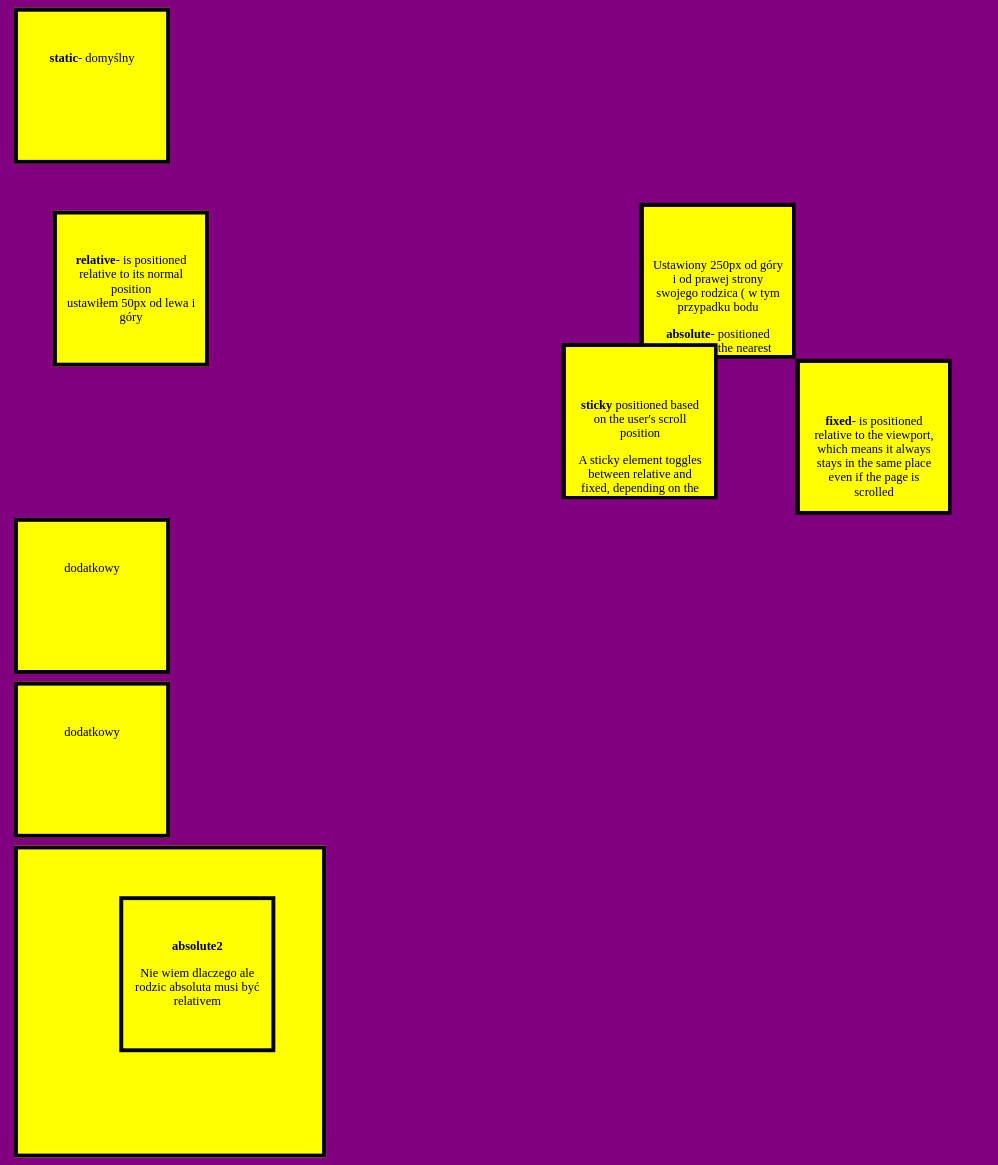
Repository: quenrythane/homepage
Page: CSS positions/CSS-positions.html
An editor plug-in stored every save of this project. The page is shown before and after the next save, followed by the edit.
The browser window is 1280 px wide. The pictures show the whole page, at 78% of full size.

Above is the page before, as saved 2020-10-11 04:19:17.

### CSS positions/CSS-positions.html
<!DOCTYPE html>
<html lang="en">
<head>
    <meta charset="UTF-8">
    <meta name="viewport" content="width=device-width, initial-scale=1.0">
    <title>CSS-positions</title>
    <link href="CSS-positions.css " rel="stylesheet" type="text/css">
</head>
<body >
    <div class="box static"><b>static</b>- domyślny</div>
    <div class="box relative"><b>relative</b>- is positioned relative to its normal position<br>
    ustawiłem 50px od lewa i góry</div>
    <div class="box fixed">
        <p><b>fixed</b>- is positioned relative to the viewport, which means it always stays in the same place even if the page is scrolled</p>
        <p>A fixed element does not leave a gap in the page where it would normally have been located</p>
        <p> Czyli ogólnie strona załaduje go w to miejsce jakby strona normalnie się ładowała i na koniec tak jakby przy klei go w to miejsce na ekranie, przez co nawet jak będziemy przewijać stronę to zostanie w tym samym miejscu ekranu (nie zmieni miejsca ani w wysokości ani w szerokośći)</p>
        <p> Chyba, że nadamy mu miejsce w którym ma się znaleźć, wtedy tak jakby nie jest brany pod uwagę w wstępnym layoucie strony, tylko dodawany na sam koniec (ja go ustawię w miejsce w prawym rogu po 50px od krawędzi)</p>
    </div>
    <div class="box absolute">
        <p>Ustawiony 250px od góry i od prawej strony swojego rodzica ( w tym przypadku bodu</p>
        <p><b>absolute</b>- positioned relative to the nearest positioned ancestor (instead of positioned relative to the viewport, like fixed).</p>

       <p> However; if an absolute positioned element has no positioned ancestors, it uses the document body, and moves along with page scrolling.</p>
       <p><b>Nie wiem czemu ale rodzic absoluta musi być relativem bo inaczej działa źle?</b></p>
        </div>
    <div class="box sticky">
        <p><b>sticky</b> positioned based on the user's scroll position</p>
        <p>A sticky element toggles between relative and fixed, depending on the scroll position. It is positioned relative until a given offset position is met in the viewport - then it "sticks" in place (like position:fixed</p>
        <p>koniecznie musisz napisać w którym momencie top ma się przykleić</p>

    </div>

    <div class="box">dodatkowy</div>
    <div class="box">dodatkowy</div>
    <div class="box box2">
        <div class="box absolute2">
            <b>absolute2</b>
            <p>Nie wiem dlaczego ale rodzic absoluta musi być relativem</p>
        </div>
    </div>

</body>
</html>

### CSS positions/CSS-positions.css
body {
    background: purple;
}

.box{
    box-sizing: border-box;
    background: yellow;
    width: 200px;
    height: 200px ;
    margin: 10px;
    text-align: center;
    padding: 10px ;
    padding-top: 50px;
    border: solid black 5px;
    overflow: scroll;
}

.box2 {
    position: relative;
    width: 400px;
    height: 400px;
}

.static{
    position: static;
}

.relative{
    position: relative;
    left: 50px;
    top: 50px;
}

.fixed{
    position: fixed;
    right: 50px;
    bottom: 50px;
}

.absolute{
    position: absolute;
    right: 250px;
    top: 250px;
}

.absolute2 {
    position: absolute;
    top: 50px;
    right: 50px;
}

.sticky{
    display: inline-block;
    top: 100px;
    left: 100vh;
    position: sticky;
}

After the next save:
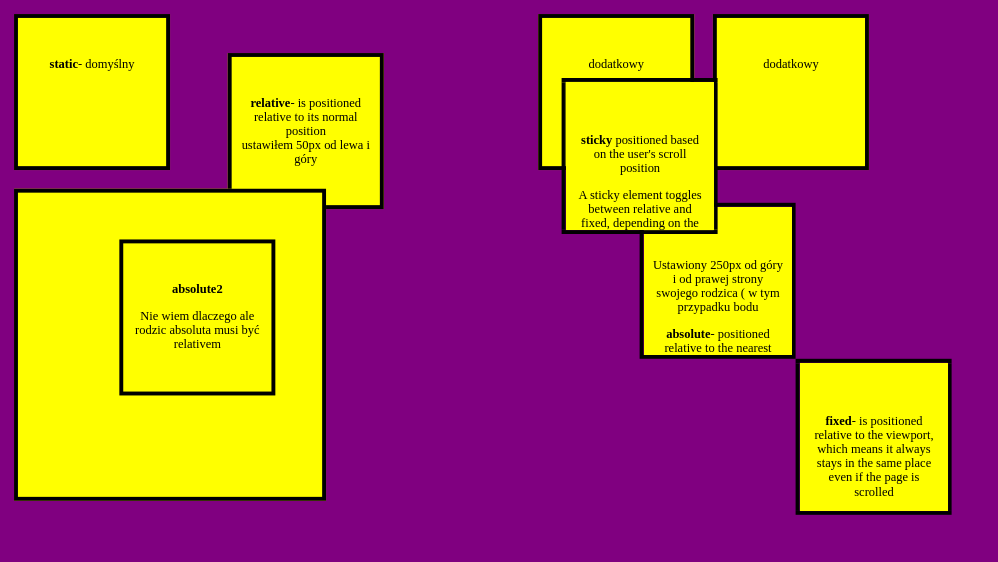
Saved 51 s later.
--- a/CSS positions/CSS-positions.css
+++ b/CSS positions/CSS-positions.css
@@ -13,6 +13,7 @@ body {
     padding-top: 50px;
     border: solid black 5px;
     overflow: scroll;
+    display: inline-block;
 }
 
 .box2 {
@@ -50,7 +51,7 @@ body {
 }
 
 .sticky{
-    display: inline-block;
+
     top: 100px;
     left: 100vh;
     position: sticky;
